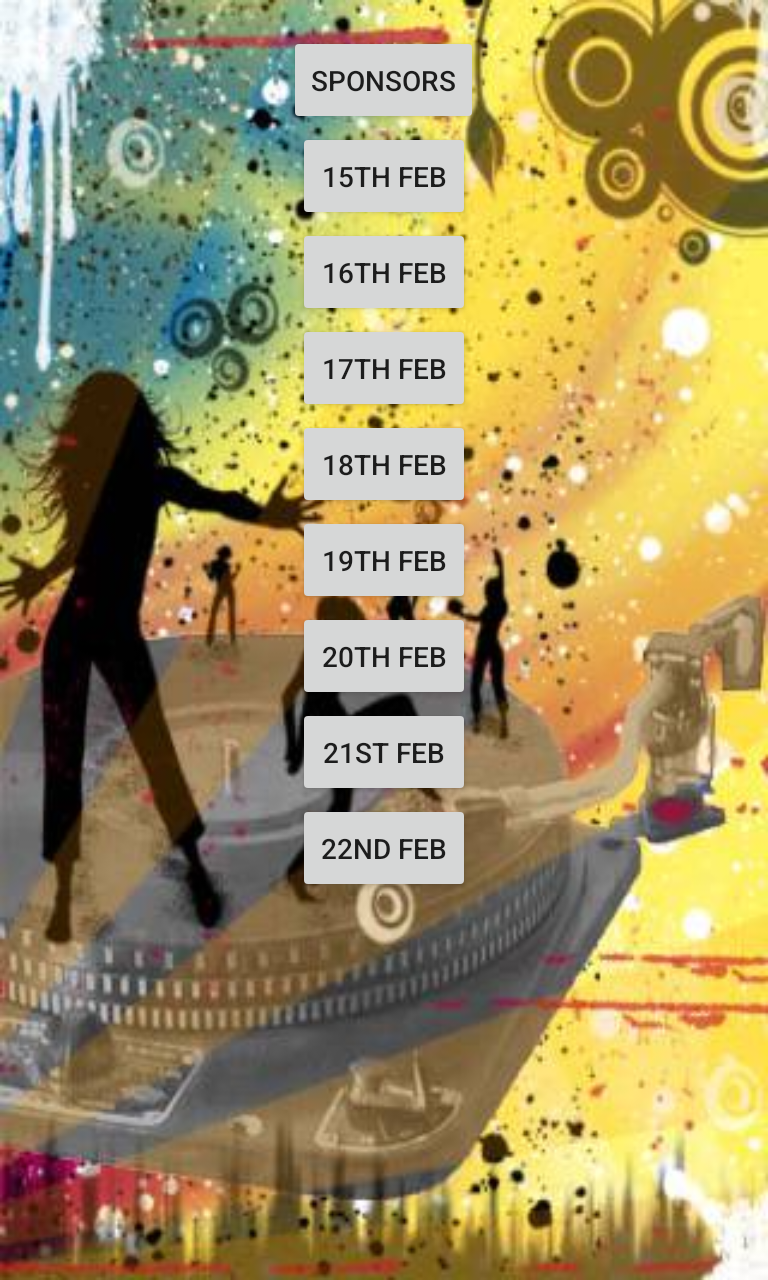
Repository: Attaphon1996/Engineering-Stuff
Layout: OSource/Android Play/Android_Projects/YASH15.0/res/layout/activity_main.xml
These files come from the project's save history. The layout is drawn as it stood at one moment and after the next save; the edit follows.
It is drawn on a 768 x 1280 px phone screen (xhdpi) without system bars, with theme AppTheme; the app's code is not run.

Above is the layout before, as saved 2015-02-19 07:37:23.

After the next save:
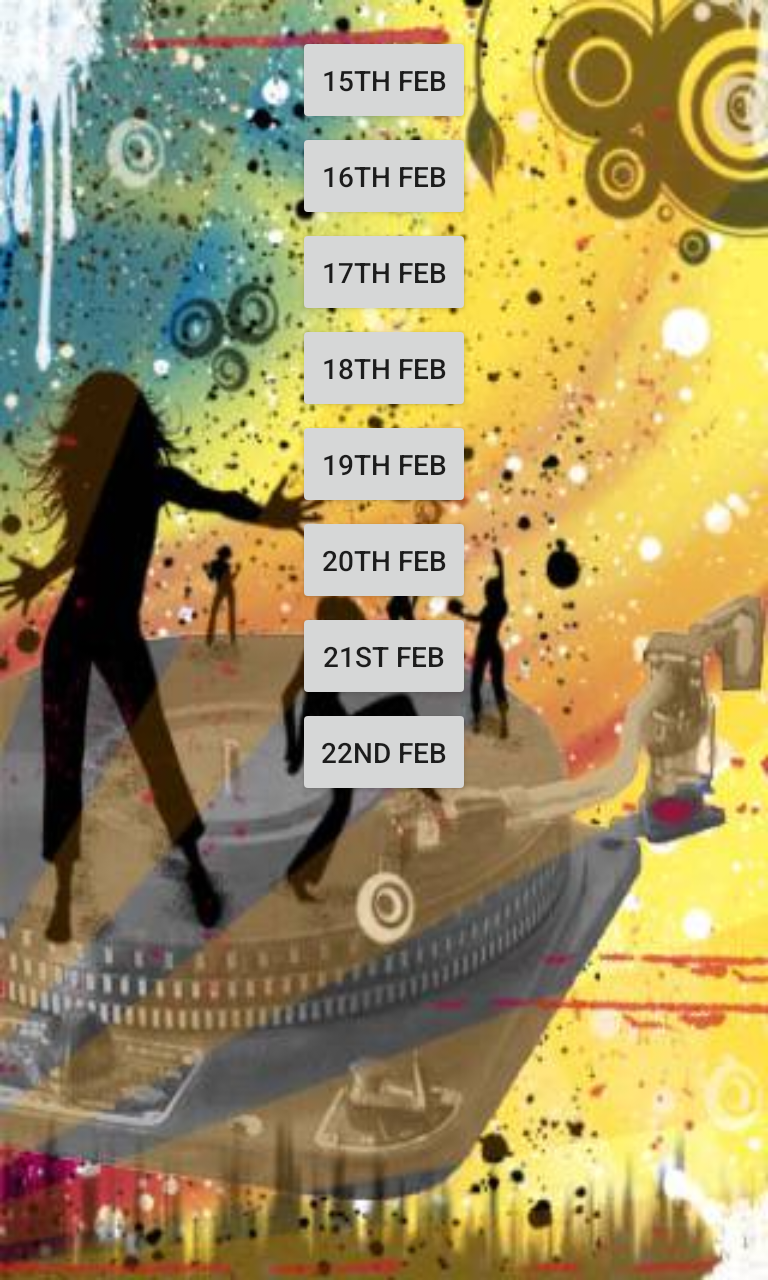
Saved 45 s later.
--- a/OSource/Android Play/Android_Projects/YASH15.0/res/layout/activity_main.xml
+++ b/OSource/Android Play/Android_Projects/YASH15.0/res/layout/activity_main.xml
@@ -21,12 +21,7 @@
     android:layout_height="wrap_content"
     android:orientation="vertical" >
 
-    <Button
-        android:id="@+id/sponsor"
-        android:layout_width="wrap_content"
-        android:layout_height="wrap_content"
-        android:text="@string/sponsors"
-        android:layout_gravity="center" />
+
 
     <Button
         android:id="@+id/day0"
